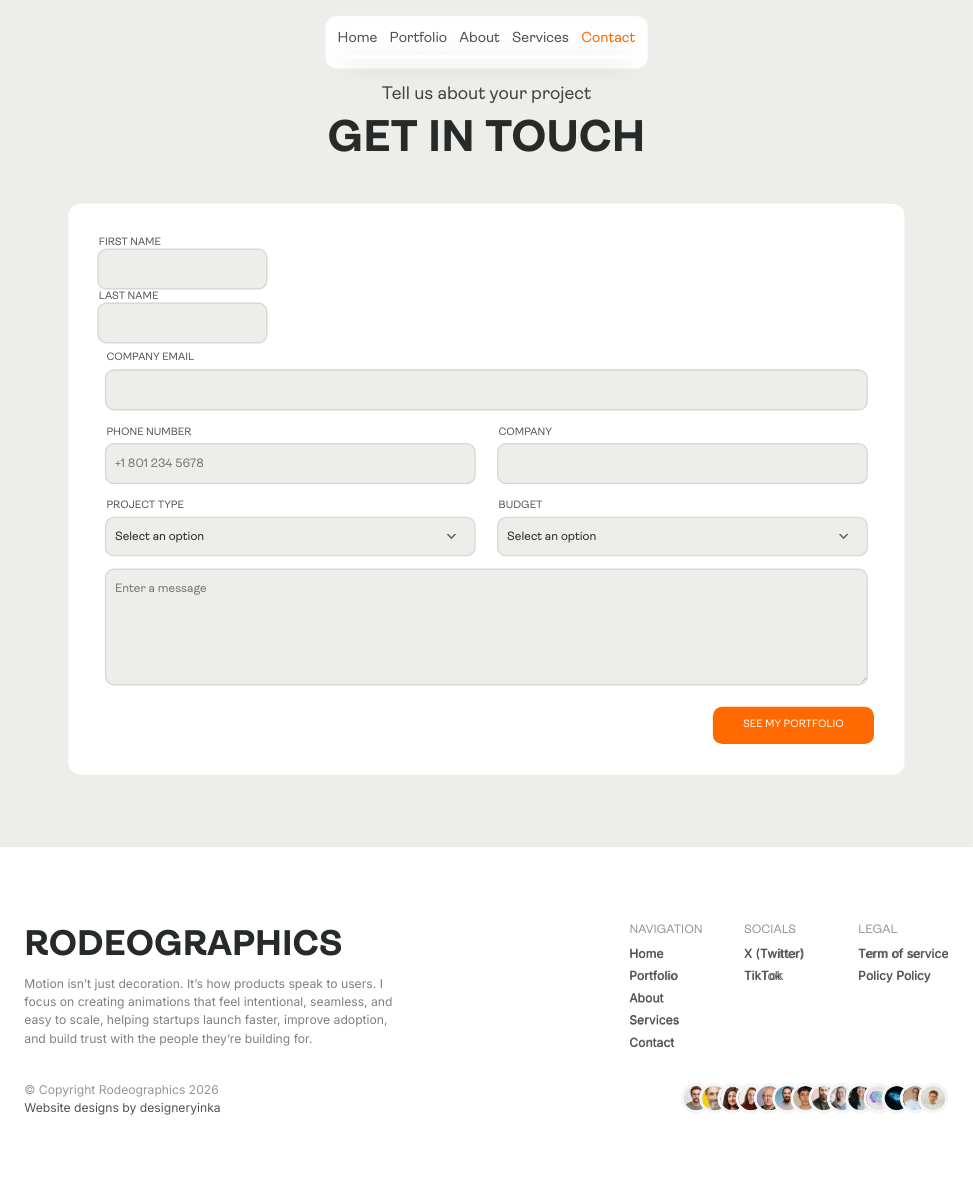
Repository: Ajeyinka/RodeoGraphics
Page: contact.html
An editor plug-in stored every save of this project. The page is shown before and after the next save, followed by the edit.
The browser window is 1280 px wide. The pictures show the whole page, at 76% of full size.

Above is the page before, as saved 2026-02-21 21:01:18.
Console error: ReferenceError: gsap is not defined

After the next save:
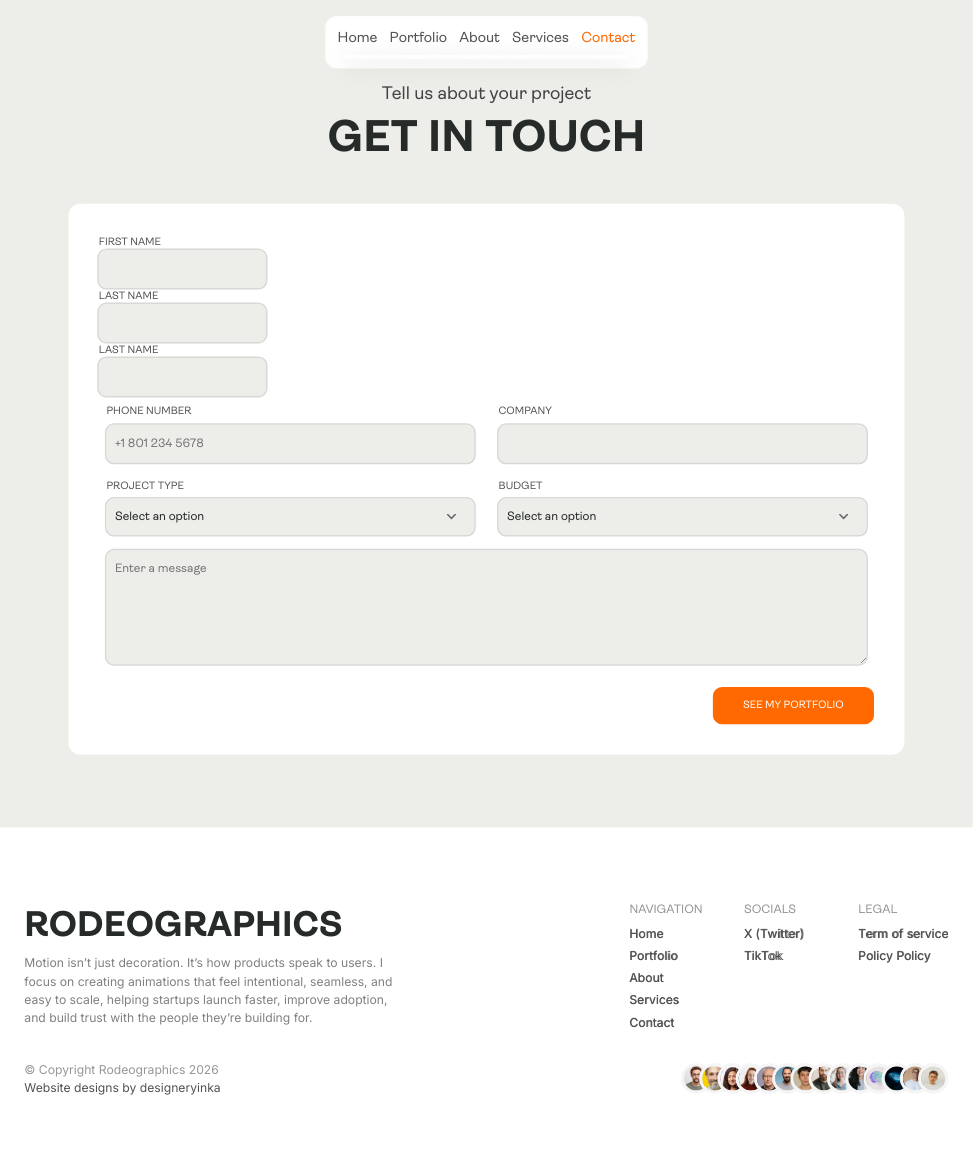
Saved 64 s later.
--- a/contact.html
+++ b/contact.html
@@ -102,19 +102,17 @@
                     required
                   />
                 </div>
-
-                <fieldset class="col-one">
-                  <label for="email">
-                    Company EMail
-                    <input
-                      type="email"
-                      name="email"
-                      class="input"
-                      id="email"
-                      required
-                    />
-                  </label>
-                </fieldset>
+                <div class="form-group">
+                  <label for="email">Last Name</label>
+                  <input
+                    type="email"
+                    name="last_name"
+                    class="input"
+                    id="lName"
+                    required
+                  />
+                </div>
+
                 <fieldset>
                   <label>
                     Phone Number
